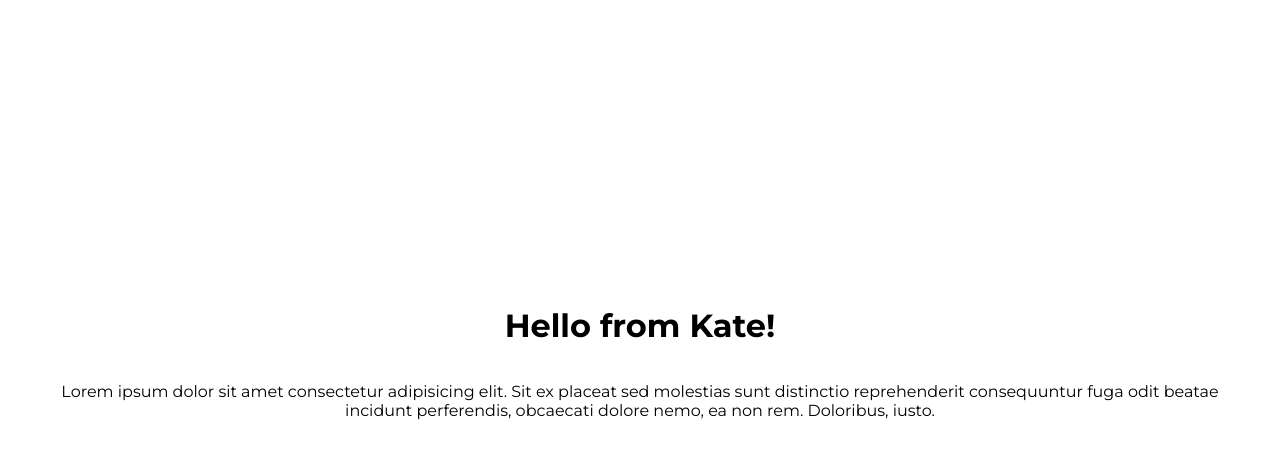
Repository: kate30980/js-practice
Page: dark-mode-toggles/index.html
The author's editor kept a copy of each file at every save. The page is drawn from the files as they stood at one save, then again after the next save.
The browser window is 1280 px wide. The pictures show the whole page.

Above is the page before, as saved 2021-08-29 00:11:42.

After the next save:
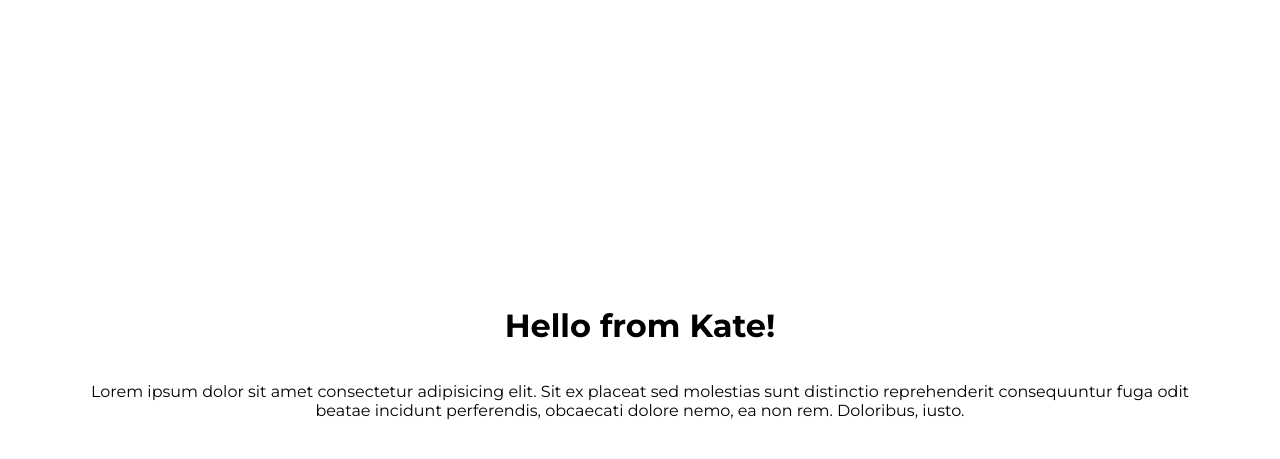
Saved 13 s later.
--- a/dark-mode-toggles/style.css
+++ b/dark-mode-toggles/style.css
@@ -9,7 +9,7 @@
     font-family: 'Montserrat', sans-serif;
     flex-direction: column;
     text-align:center;
-    padding: 3rem;
+    padding: 5rem;
     margin: 0;
     min-height:100vh;
 }
